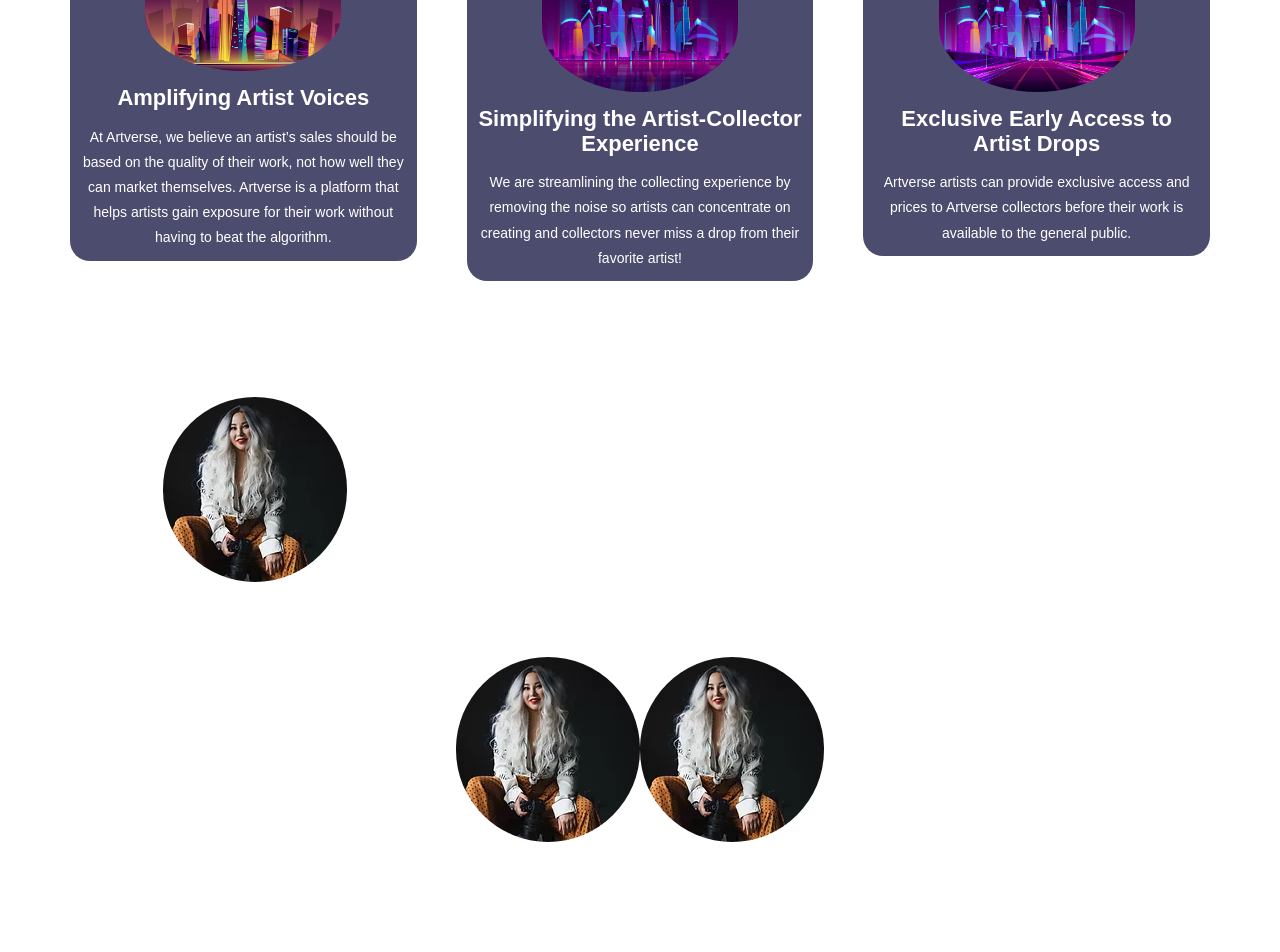
Repository: akinolapo/artverse
Page: /
These files come from the project's save history. The page is drawn as it stood at one moment and after the next save; the edit follows.
The browser window is 1280 px wide. The pictures show the part of the page from y = 1033 to 1985 px (the page is 1985 px tall).
The project was rebuilt for these pictures with package versions that can differ from the ones it lists, and the page was loaded fresh each time.

Above is the page before, as saved 2022-07-25 14:36:19.

After the next save:
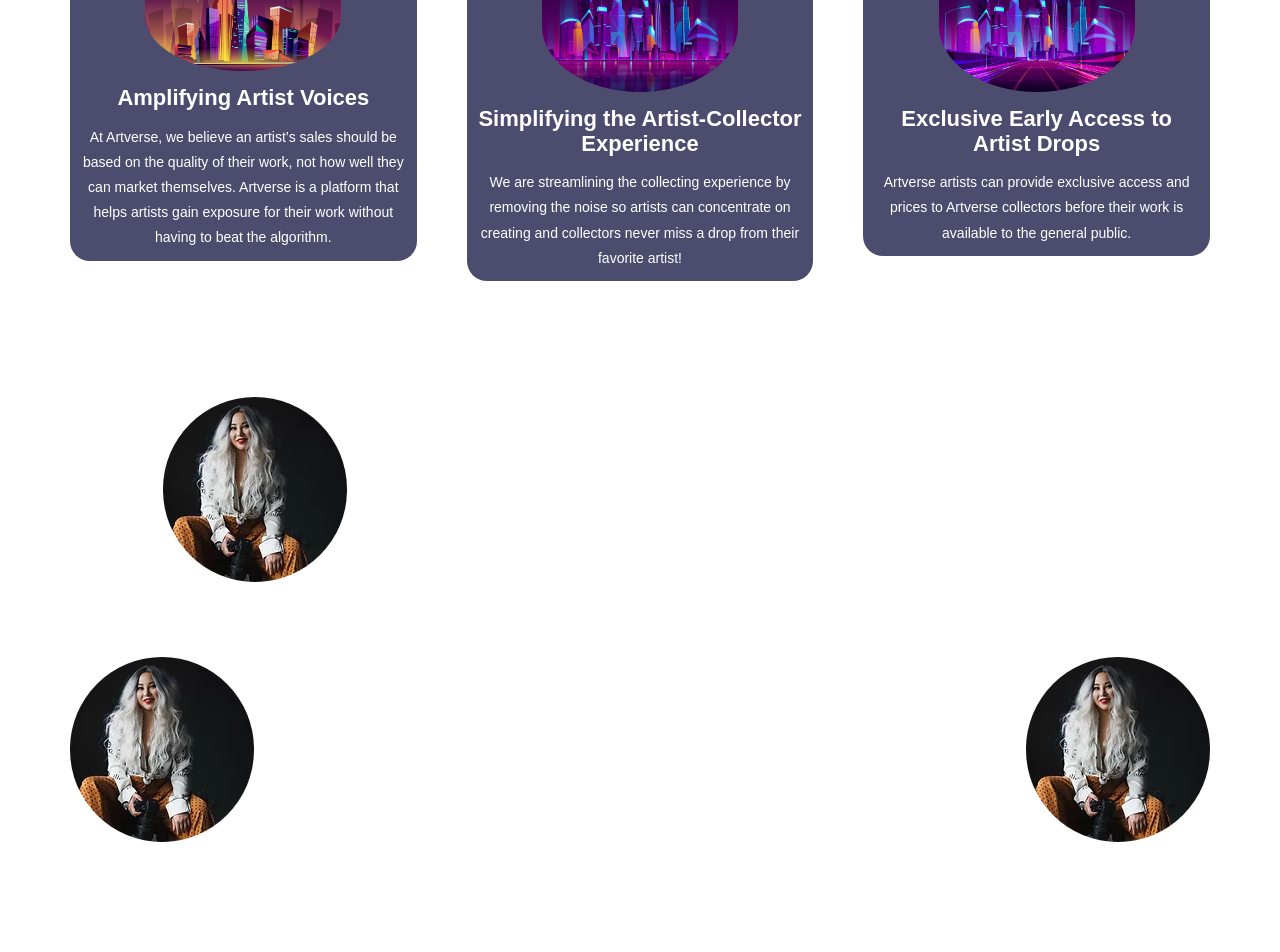
Saved 10 s later.
--- a/src/components/Team/Team.jsx
+++ b/src/components/Team/Team.jsx
@@ -27,7 +27,7 @@
                     </p>
                 </div>
             </div>
-            <div className='flex justify-center j'>
+            <div className='flex justify-center justify-between'>
             <div className='text-center'>
                         <img className='rounded-full m-auto' src={process.env.PUBLIC_URL+`assets/founder.webp`} alt='Founder'></img>
                         <h5>Rachel Wood</h5>
